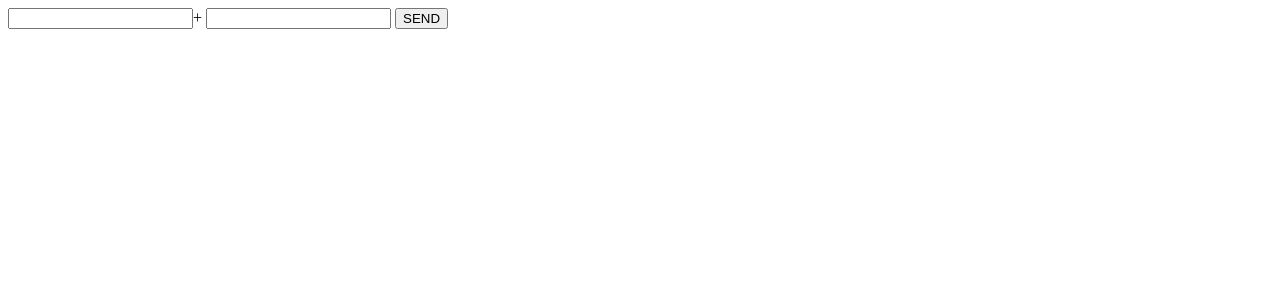
Repository: DongGeunLee99/SMHRD_
Page: 08_JSP/Ex00_Servlet/src/main/webapp/Ex03_Plus.html
An editor plug-in stored every save of this project. The page is shown before and after the next save, followed by the edit.
The browser window is 1280 px wide. The pictures show the whole page.

Above is the page before, as saved 2025-03-12 01:13:39.

### 08_JSP/Ex00_Servlet/src/main/webapp/Ex03_Plus.html
<!DOCTYPE html>
<html>
<head>
<meta charset="UTF-8">
<title>Insert title here</title>
</head>
<body>
	<form action="Ex03_Plus">
		<input type='text' name='num1'>+
		<input type='text' name='num2'>
		<input type='submit' value="SEND">

	</form>
</body>
</html>

After the next save:
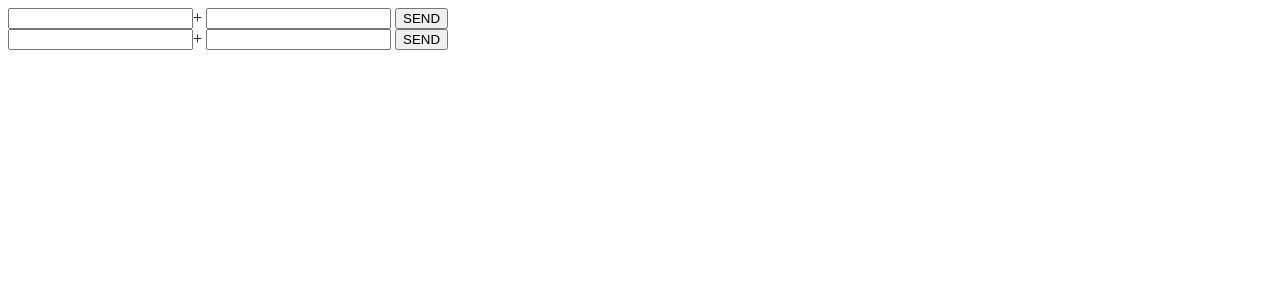
Saved 16 s later.
--- a/08_JSP/Ex00_Servlet/src/main/webapp/Ex03_Plus.html
+++ b/08_JSP/Ex00_Servlet/src/main/webapp/Ex03_Plus.html
@@ -11,5 +11,11 @@
 		<input type='submit' value="SEND">
 
 	</form>
+	<form action="Ex03_Plus">
+		<input type='number' name='num11'>+
+		<input type='number' name='num22'>
+		<input type='submit' value="SEND">
+
+	</form>
 </body>
 </html>
